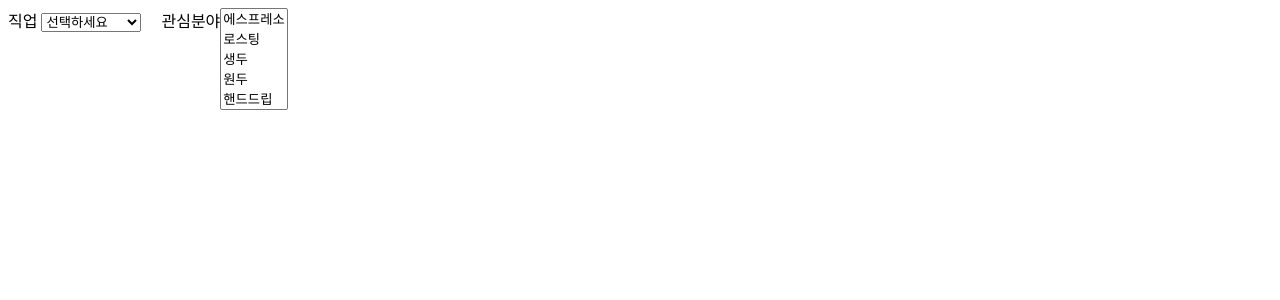
Repository: Yoon-jae-min/JSP-Servlet_Study
Page: http://localhost/web-study-02/10_select.jsp
These files come from the project's save history. The page is drawn as it stood at one moment and after the next save; the edit follows.
The browser window is 1280 px wide. The pictures show the whole page.
The page is served by Tomcat 10.

Above is the page before, as saved 2024-06-06 09:03:25.

After the next save:
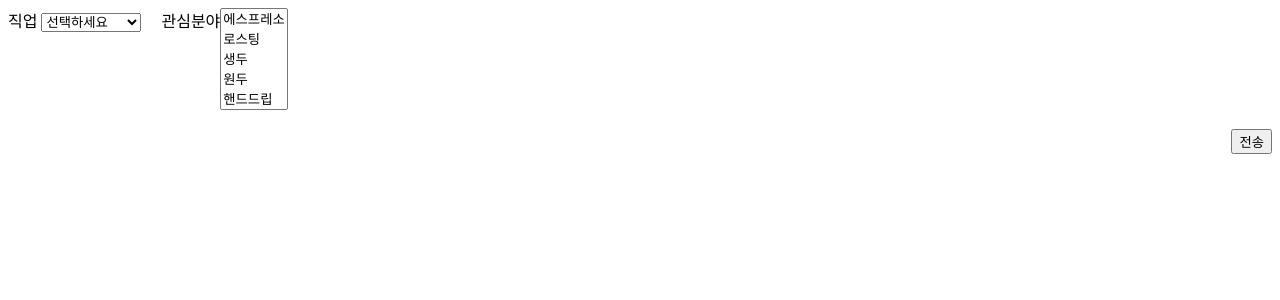
Saved 84 s later.
--- a/JSP&Servlet-Study/web-study-02/src/main/webapp/10_select.jsp
+++ b/JSP&Servlet-Study/web-study-02/src/main/webapp/10_select.jsp
@@ -30,6 +30,8 @@
 			<option value="원두">원두</option>
 			<option value="핸드드립">핸드드립</option>
 		</select>
+		<br><br>
+		<input type="submit" value="전송" style="float: right; margint-right: '30px'">
 	</form>
 </body>
 </html>
